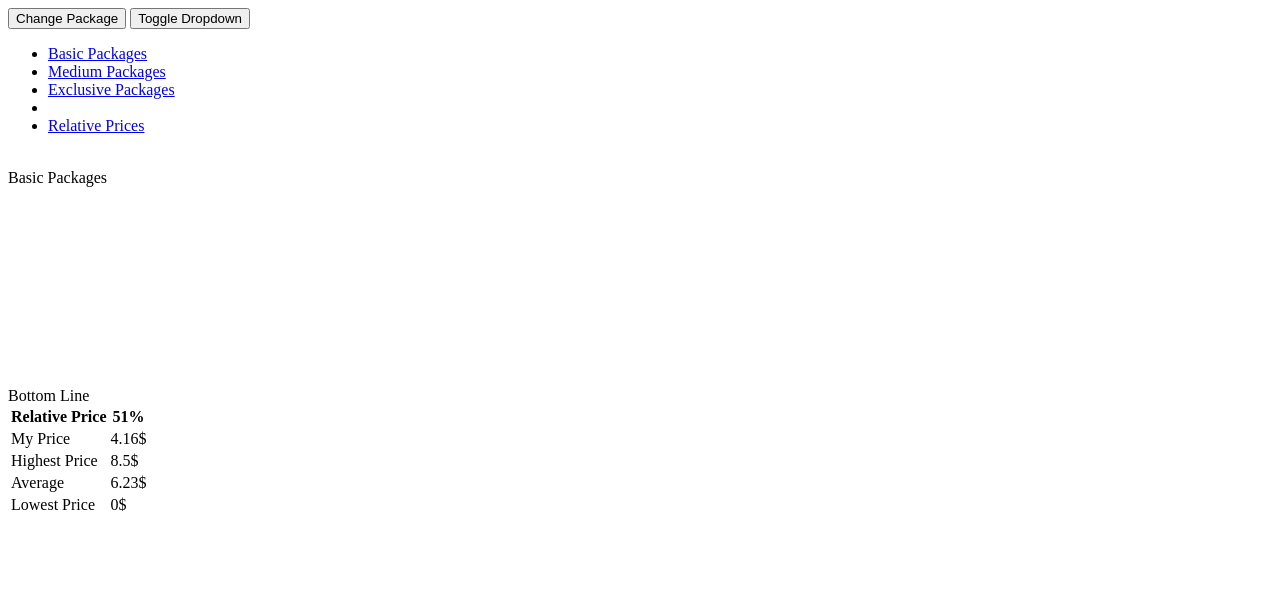
Repository: netaosman/Price-try-course
Page: prixceFrontEnd/src/main/webapp/Prixce_FrontEnd/HTML/Market/pricesPack/BasicPackages.html
The author's editor kept a copy of each file at every save. The page is drawn from the files as they stood at one save, then again after the next save.
The browser window is 1280 px wide. The pictures show the whole page.

Above is the page before, as saved 2017-09-24 15:27:16.

After the next save:
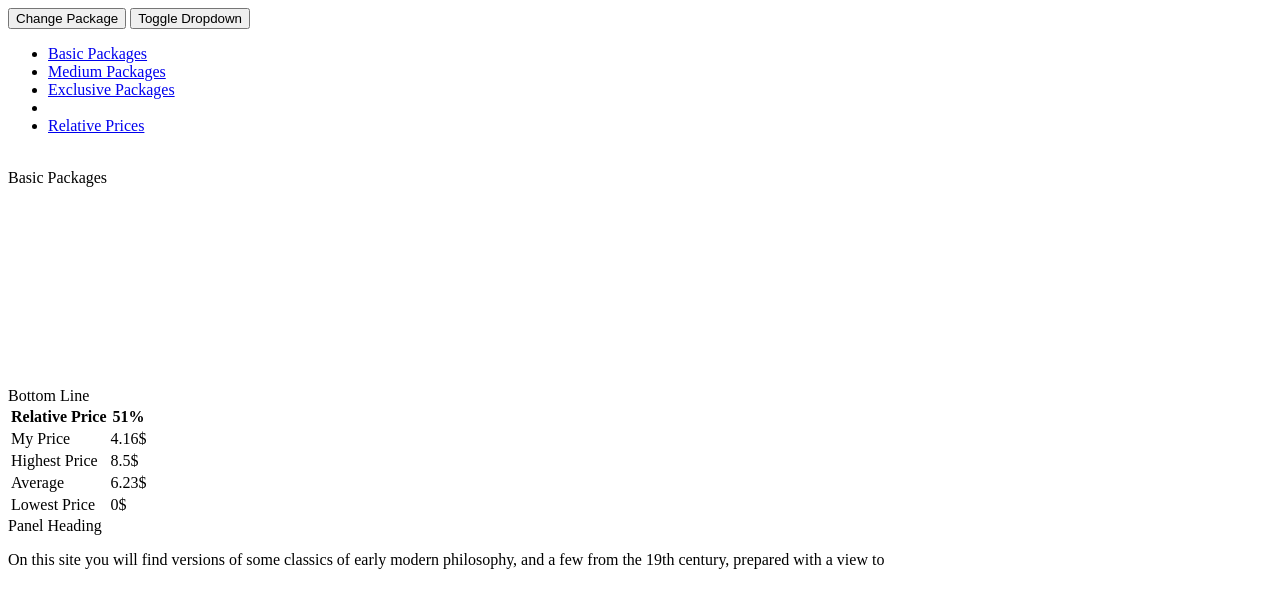
Saved 47 s later.
--- a/prixceFrontEnd/src/main/webapp/Prixce_FrontEnd/HTML/Market/pricesPack/BasicPackages.html
+++ b/prixceFrontEnd/src/main/webapp/Prixce_FrontEnd/HTML/Market/pricesPack/BasicPackages.html
@@ -21,7 +21,8 @@
 	</div>
 	<br>
 	<div class="row placeholders">
-		<div class="col-xs-12 col-md-8 col-lg-8" ng-controller="PricesBasicCtrl">
+		<div class="col-xs-12 col-md-8 col-lg-8"
+			ng-controller="PricesBasicCtrl">
 			<div class="panel panel-default-1">
 				<div class="panel-heading">Basic Packages</div>
 				<div class="panel-body">
@@ -74,5 +75,13 @@
 				</div>
 			</div>
 		</div>
+		<div class="col-xs-12 col-md-4">
+			<div class="panel panel-default-1">
+				<div class="panel-heading">Panel Heading</div>
+				<p>On this site you will find versions of some classics of early
+					modern philosophy, and a few from the 19th century, prepared with a
+					view to</p>
+			</div>
+		</div>
 	</div>
 </div>
